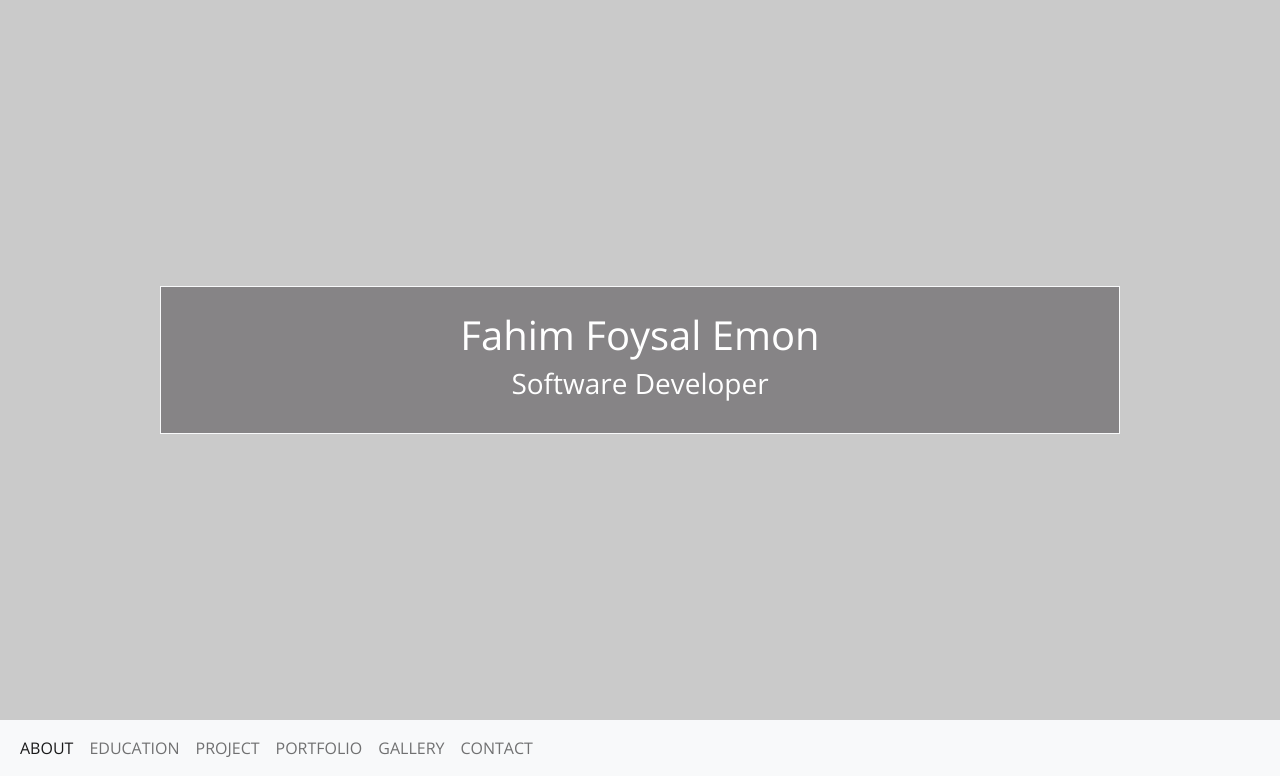
Repository: emowzz/emowzz.github.io
Page: index.html
These files come from the project's save history. The page is drawn as it stood at one moment and after the next save; the edit follows.
The browser window is 1280 px wide. The pictures show the whole page.
Some web libraries are served in a nearby version.

Above is the page before, as saved 2021-03-17 17:51:54.

### index.html
<!doctype html>
<html lang="en">
  <head>
    <!-- Required meta tags -->
    <meta charset="utf-8">
    <meta name="viewport" content="width=device-width, initial-scale=1">
    <link rel="shortcut icon" type="image/png" href="./Image/myImgZoom.jpg">
    <!-- Bootstrap CSS -->
    <link href="https://cdn.jsdelivr.net/npm/bootstrap@5.0.0-beta2/dist/css/bootstrap.min.css" rel="stylesheet" integrity="sha384-BmbxuPwQa2lc/FVzBcNJ7UAyJxM6wuqIj61tLrc4wSX0szH/Ev+nYRRuWlolflfl" crossorigin="anonymous">
    <link rel="preconnect" href="https://fonts.gstatic.com">
    <link href="https://fonts.googleapis.com/css2?family=Open+Sans:wght@300&display=swap" rel="stylesheet">
    <link rel="stylesheet" href="./CSS/style.css">


    <title>Hi There, I'm Fahim Foysal Emon!</title>

    <script src="https://kit.fontawesome.com/a076d05399.js" crossorigin="anonymous"></script>
  </head>
  <body>

    <!-- this is banner section -->
    <section class="banner-container container-fluid">
      <div class="row vh-100">
        <div class="col-md-9 banner-column m-auto text-center text-white p-4 border border-light">
            <h1 class="display:4 font-weight:bolder">Fahim Foysal Emon</h1>
            <h3>Software Developer</h3>
        </div>
      </div>
    </section>

    <!-- this is nav-bar section -->
    <nav class="navbar navbar-expand-lg navbar-light bg-light">
      <div class="container-fluid">
        <button class="navbar-toggler" type="button" data-bs-toggle="collapse" data-bs-target="#navbarSupportedContent" aria-controls="navbarSupportedContent" aria-expanded="false" aria-label="Toggle navigation">
          <span class="navbar-toggler-icon"></span>
        </button>
        <div class="collapse navbar-collapse" id="navbarSupportedContent">
          <ul class="navbar-nav me-auto mb-2 mb-lg-0">
            <li class="nav-item">
              <a class="nav-link active" aria-current="page" href="#About">ABOUT</a>
            </li>
            <li class="nav-item">
              <a class="nav-link" href="#Education">EDUCATION</a>
            </li>
            <li class="nav-item">
              <a class="nav-link" href="#Project">PROJECT</a>
            </li>
            <li class="nav-item">
              <a class="nav-link" href="#Portfolio">PORTFOLIO</a>
            </li>
            <li class="nav-item">
              <a class="nav-link" href="#Gallery">GALLERY</a>
            </li>
            <li class="nav-item">
              <a class="nav-link" href="#Contact">CONTACT</a>
            </li>
          </ul>
        </div>
      </div>
    </nav>

    <!-- Optional JavaScript; choose one of the two! -->

    <!-- Option 1: Bootstrap Bundle with Popper -->
    <script src="https://cdn.jsdelivr.net/npm/bootstrap@5.0.0-beta2/dist/js/bootstrap.bundle.min.js" integrity="sha384-b5kHyXgcpbZJO/tY9Ul7kGkf1S0CWuKcCD38l8YkeH8z8QjE0GmW1gYU5S9FOnJ0" crossorigin="anonymous"></script>

    <!-- Option 2: Separate Popper and Bootstrap JS -->
    <!--
    <script src="https://cdn.jsdelivr.net/npm/@popperjs/core@2.6.0/dist/umd/popper.min.js" integrity="sha384-KsvD1yqQ1/1+IA7gi3P0tyJcT3vR+NdBTt13hSJ2lnve8agRGXTTyNaBYmCR/Nwi" crossorigin="anonymous"></script>
    <script src="https://cdn.jsdelivr.net/npm/bootstrap@5.0.0-beta2/dist/js/bootstrap.min.js" integrity="sha384-nsg8ua9HAw1y0W1btsyWgBklPnCUAFLuTMS2G72MMONqmOymq585AcH49TLBQObG" crossorigin="anonymous"></script>
    -->
  </body>
</html>

### CSS/style.css
body {
    font-family: 'Open Sans', sans-serif;
}


.banner-container {
    background-color: #CACACA;
}

.banner-column {
    background-color: #868486;
}

After the next save:
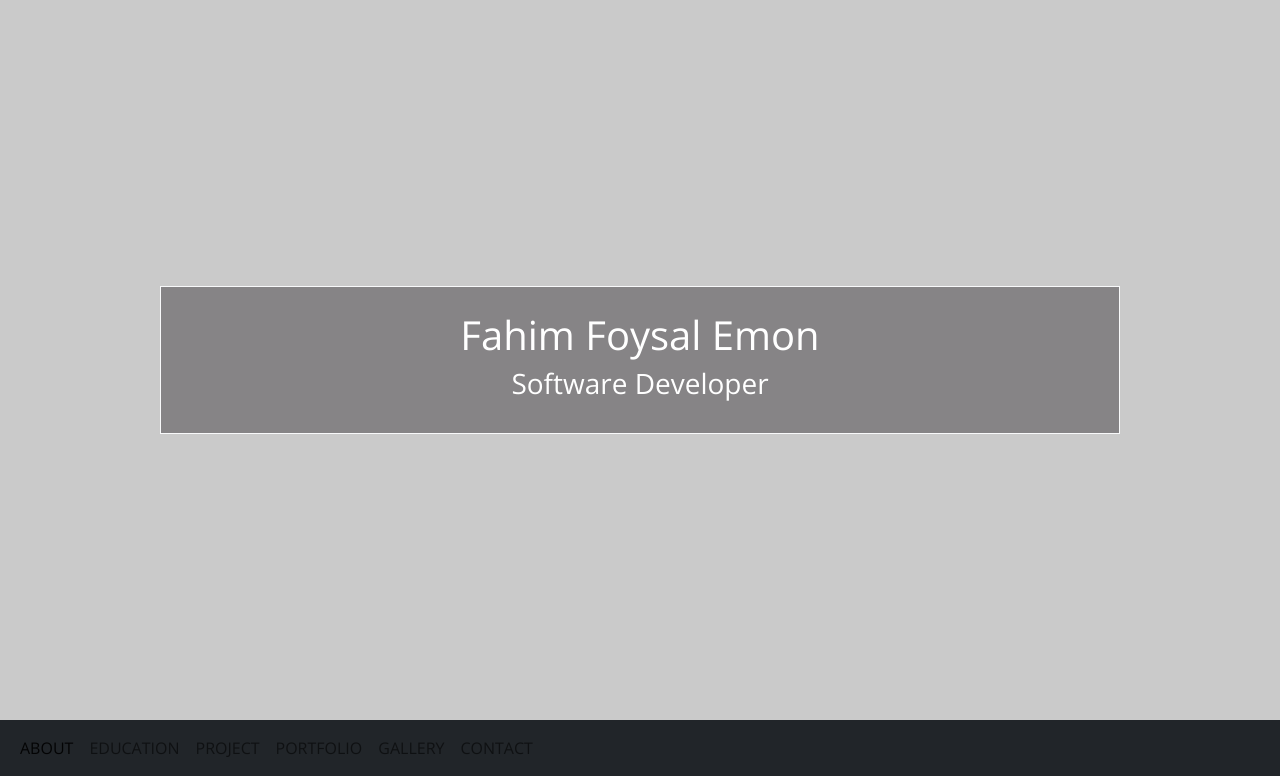
Saved 17 s later.
--- a/index.html
+++ b/index.html
@@ -29,7 +29,7 @@
     </section>
 
     <!-- this is nav-bar section -->
-    <nav class="navbar navbar-expand-lg navbar-light bg-light">
+    <nav class="navbar navbar-expand-lg navbar-light bg-dark">
       <div class="container-fluid">
         <button class="navbar-toggler" type="button" data-bs-toggle="collapse" data-bs-target="#navbarSupportedContent" aria-controls="navbarSupportedContent" aria-expanded="false" aria-label="Toggle navigation">
           <span class="navbar-toggler-icon"></span>

After the save that followed:
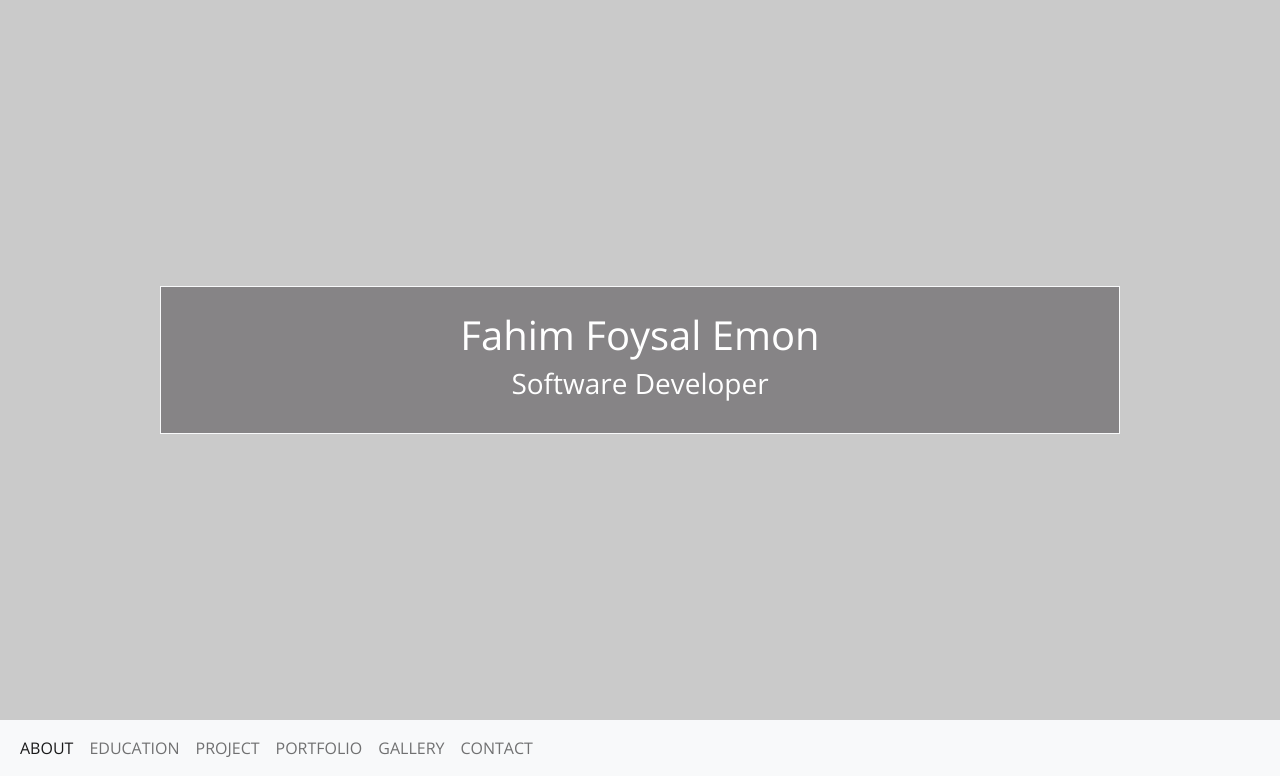
Saved 8 s later.
--- a/index.html
+++ b/index.html
@@ -29,7 +29,7 @@
     </section>
 
     <!-- this is nav-bar section -->
-    <nav class="navbar navbar-expand-lg navbar-light bg-dark">
+    <nav class="navbar navbar-expand-lg navbar-light bg-light">
       <div class="container-fluid">
         <button class="navbar-toggler" type="button" data-bs-toggle="collapse" data-bs-target="#navbarSupportedContent" aria-controls="navbarSupportedContent" aria-expanded="false" aria-label="Toggle navigation">
           <span class="navbar-toggler-icon"></span>
